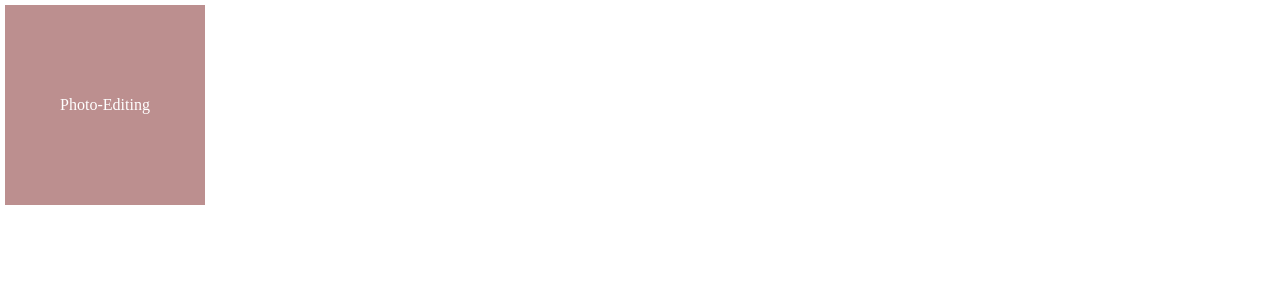
Repository: josephinel6/simple-editing
Page: index.html
An editor plug-in stored every save of this project. The page is shown before and after the next save, followed by the edit.
The browser window is 1280 px wide. The pictures show the whole page.
The page's requests for data from a server got no answer.

Above is the page before, as saved 2023-05-24 08:54:14.

After the next save:
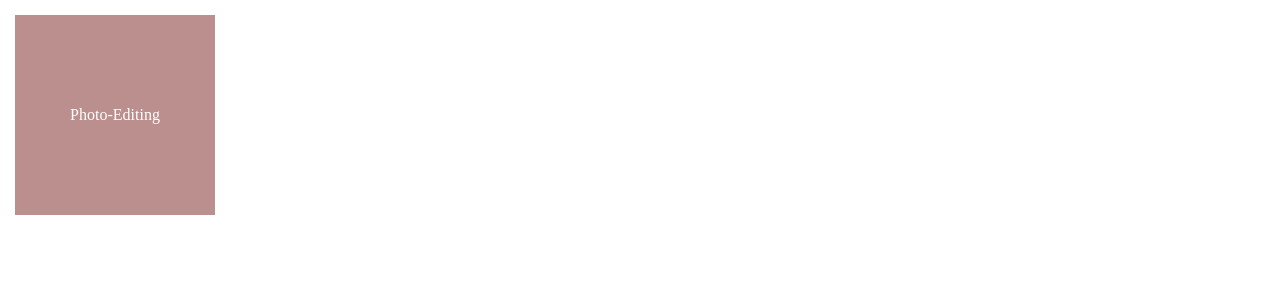
Saved 21 s later.
--- a/index.html
+++ b/index.html
@@ -47,7 +47,7 @@
     </style>
 </head>
 
-<body>
+<body style="padding: 10px">
     <div id="nav-placeholder"></div>
     <div class="box">
         <div class="boxinside" onclick="location.href='testquiz.html'">

After the 3 saves that followed:
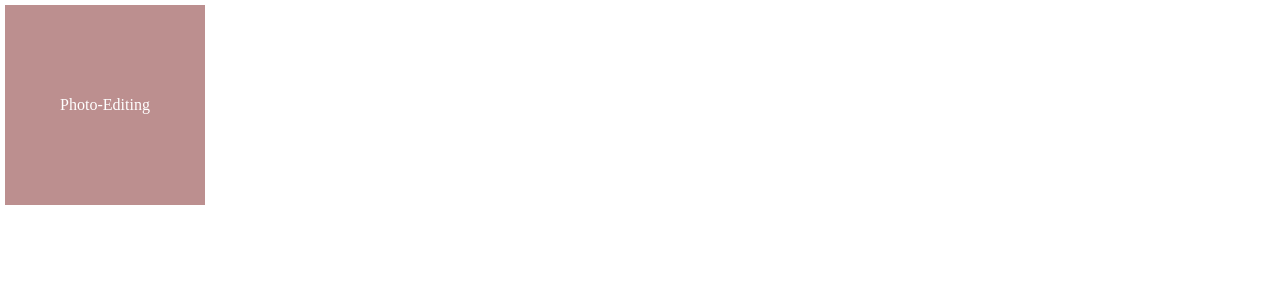
The 3 saves are shown as one change because 1 left the picture as it was and some came seconds apart.
The last was saved 14 s later.
--- a/index.html
+++ b/index.html
@@ -47,7 +47,7 @@
     </style>
 </head>
 
-<body style="padding: 10px">
+<body>
     <div id="nav-placeholder"></div>
     <div class="box">
         <div class="boxinside" onclick="location.href='testquiz.html'">
